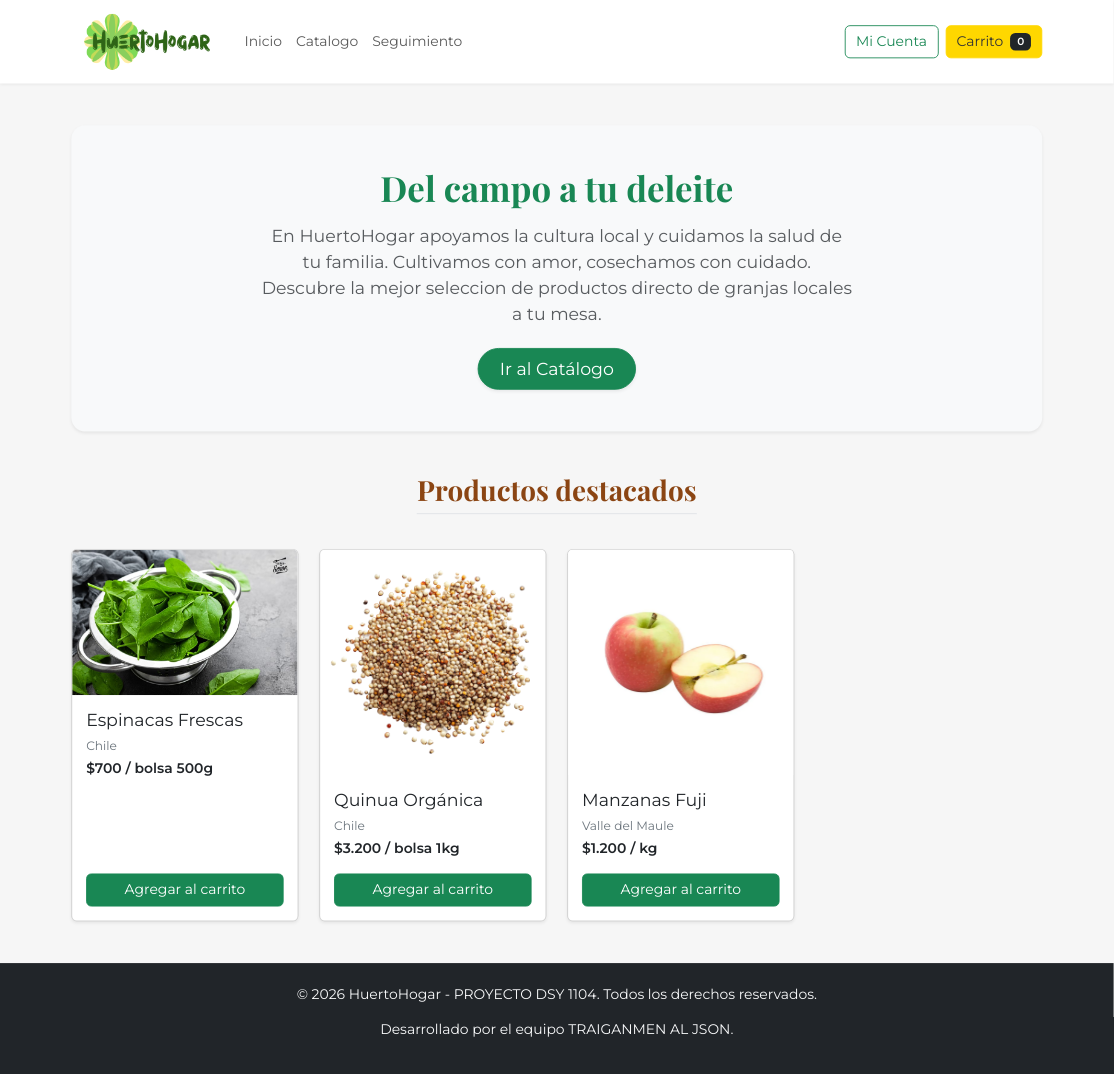
Repository: RottZen/Ev_1_Huerto_Hogar
Page: 1_inicio/index.html
The author's editor kept a copy of each file at every save. The page is drawn from the files as they stood at one save, then again after the next save.
The browser window is 1280 px wide. The pictures show the whole page, at 87% of full size.

Above is the page before, as saved 2026-09-08 20:50:10.

After the next save:
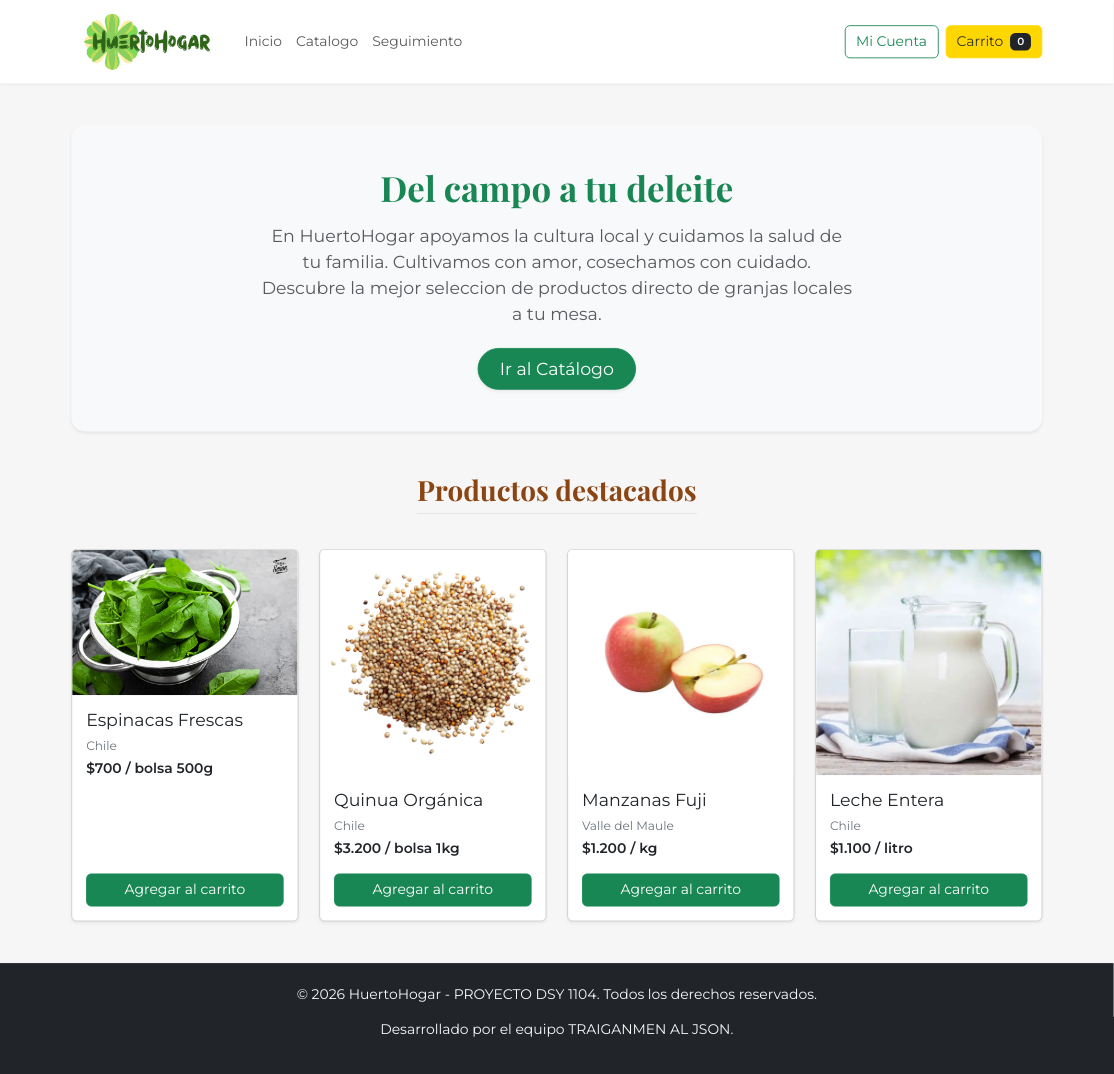
Saved 8 min 21 s later.
--- a/1_inicio/index.js
+++ b/1_inicio/index.js
@@ -3,7 +3,7 @@ document.addEventListener('DOMContentLoaded',() => {
     if (contenedorInicio){
         const productosDestacados = [...productos ]
         .sort (() => Math.random() - 0.5)
-        .slice(0, 3);
+        .slice(0, 4);
         renderizarProductos(productosDestacados);
     }
   });
